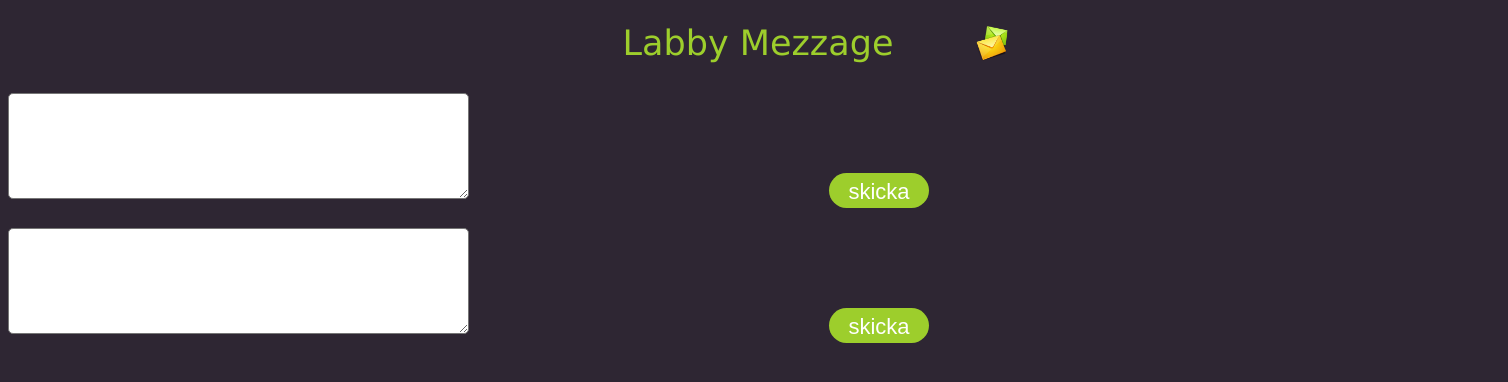
Repository: ad222kr/1dv403-laborationer
Page: 2-labbymezzage/index.html
The author's editor kept a record of every edit. The page is drawn from the files as they stood at one moment, then again after the next edit.
The browser window is 1280 px wide. The page is 1508 px wide, so the pictures cover 1508 px, including what lies to the right of the window. The pictures show the whole page.

Above is the page before.

### 2-labbymezzage/index.html
<!DOCTYPE HTML>
<html lang="sv">
    <head>
        <meta charset="UTF-8" />
        <title>Laboration 2 - Labby Mezzage!</title>
        <link rel="stylesheet" href="css/style.css" />

    </head>

    <body>
        <div id ="container">
            <header><h1>Labby Mezzage</h1></header>
            <div id="content">
                  <div id="board1" class="messages"></div>
                  <div id="board2" class="messages"></div>
            </div>
        </div>
        <script src="js/Message.js"></script>
        <script src="js/MessageBoard.js"></script>
        <script  src="js/run.js"></script>
    </body>
</html>

### 2-labbymezzage/css/style.css
body{
    background-color: #2E2633; /* Ändra sen */
    font-family: Verdana, Helvetica;

}

h1{

    color:#9dce2c;
    font-size: 35px;
    font-weight: normal;
}
p{
    color: black;
}

header{
    background-image: url("pics/logo.png");
    background-size: 35px 35px;
    background-repeat: no-repeat;
    background-position: 66%;
    text-align: center;
    height: 40px;
    line-height: 40px;
    margin-bottom:10px;
}

.textarea{
    width: 455px;
    height: 100px;
    -webkit-border-radius: 5px;
    -moz-border-radius: 5px;
    border-radius: 5px;
    margin-top:20px;
}

#container{
    width: 1500px;
    margin: 0px auto;
}



.button{
    border: 0px;
	background-color:#9dce2c;
	-webkit-border-top-left-radius:42px;
	-moz-border-radius-topleft:42px;
	border-top-left-radius:42px;
	-webkit-border-top-right-radius:42px;
	-moz-border-radius-topright:42px;
	border-top-right-radius:42px;
	-webkit-border-bottom-right-radius:42px;
	-moz-border-radius-bottomright:42px;
	border-bottom-right-radius:42px;
	-webkit-border-bottom-left-radius:42px;
	-moz-border-radius-bottomleft:42px;
	border-bottom-left-radius:42px;
	display:inline-block;
	color:#ffffff;
	font-size:22px;
	font-weight:normal;
	font-style:normal;
	height:35px;
	line-height:35px;
	width:100px;
	text-decoration:none;
	text-align:center;
	margin-left: 360px;
	margin-top: 5px;
}

.button:hover{
    background:-webkit-gradient( linear, left top, left bottom, color-stop(0.05, #8cb82b), color-stop(1, #9dce2c) );
	background:-moz-linear-gradient( center top, #8cb82b 5%, #9dce2c 100% );
	background-color:#8cb82b;
}

.button:active{
    position: relative;
    top: 1px;
}

.numberofmess{
    color: black;
    font-size: 11px;
    float: right;
    margin-bottom: -25px;
}

.board{
    background: #EFFFCD;
    border-color: #000000;
    padding: 10px;
    -webkit-border-radius: 5px;
    -moz-border-radius: 5px;
    border-radius: 5px;
	color:white;
	width:460px;
	margin:10px;
    float: left
    ;
}

.message{

    margin-bottom: 5px;
    font-size: 12px;
    border: solid 1px;
    background: #cdeb8b;
    padding: 4px;
}

.delete{
    height: 20px;
    width: 20px;
}
.time{
    height: 20px;
    width: 20px;
}

.buttons{
    float: right;
    margin-left: 200px;
    margin: 0 0 1em 1em;

}

.msgtext{
    width: 400px;
    text-align: justify;
    margin-top:-1px;
    word-wrap: break-word;
    display: block;

}

.timestamp{
    margin-left:405px;
    margin-bottom:-2px;
    font-size:10px;
}

### 2-labbymezzage/js/Message.js
"use strict";
function Message(message, date){


    this.getText = function(){
        return message;
    };
    this.setText = function(_text){
        message = _text;
    };
    this.getDate = function(){
        return date;
    };
    this.setDate = function(_date){
        date = _date;
    };
}

Message.prototype.getDateText = function(){
    // Hittade på http://stackoverflow.com/a/3067896
    var date = this.getDate();
    var hour = date.getHours().toString();
    var minute = date.getMinutes().toString();
    var seconds = date.getSeconds().toString();

    var dateText = hour + ":" + (minute.length == 2 ? minute : "0" + minute) +":" + (seconds.length == 2 ? seconds : "0" + seconds);

    return dateText;

};
Message.prototype.toString = function(){

    var monthNames = [ "Januari", "Februari", "Mars", "April", "Maj", "Juni",
    "Juli", "Augusti", "September", "Oktober", "November", "December" ];

    var date = this.getDate();
    console.log(date);
    var year = date.getFullYear().toString();
    var month = monthNames[date.getMonth()];
    var day = date.getDate().toString();
    var hour = date.getHours().toString();
    var minute = date.getMinutes().toString();
    var seconds = date.getSeconds().toString();

    var dateTest = "Inlägget skapades den " +day+" "+month+ " "+year+" klockan "+hour+":"+minute+":"+seconds;
    return dateTest;
};
Message.prototype.getHTMLtext = function(){
    var htmlText = this.getText();
    return htmlText.replace(/[\n\r]/g, "<br/>");
};

### 2-labbymezzage/js/MessageBoard.js
"use strict";
function MessageBoard(boardID){
    var that = this;
    var div = document.getElementById(boardID);
    this.messages = [];

    this.init = function(){
        // Init function that initiates the board, creating a button and a textfield
        var that = this;


        // Create a text-field
        var textarea = document.createElement("textarea");
        textarea.className = "textarea";
        div.appendChild(textarea);

        // Create a send-button
        var inputButton = document.createElement("input");
        inputButton.type = "button";
        inputButton.value = "skicka";
        inputButton.className = "button";
        div.appendChild(inputButton);



        // Add eventlisteners
        inputButton.addEventListener("click", that.createMessage, false);
        textarea.addEventListener("keypress", function(e) {
            if (!e) {e = window.event;}
            if (e.keyCode == 13 && !e.shiftKey){
                e.preventDefault();
                that.createMessage();
            }

        });
    };

    this.createMessage = function(){
        // Reference to the textarea
        var input = document.querySelector("#"+boardID+" textarea");

        var mess = new Message(input.value, new Date());

        // Adds message to array and renders it
        that.messages.push(mess); // when using .this with "click" this points to input.button, why?
        that.renderMessage(that.messages.length - 1);
        console.log(that.messages.length);
        input.value= "";


    };

    this.renderMessage = function(messageID){
        // Creating elements for message, text, time and delete/timestamp buttons
        var that = this;

        var messageDiv = document.createElement("div");
        var buttonDiv = document.createElement("div");
        var text = document.createElement("p");
        var time = document.createElement("p");
        var aClose = document.createElement("a");
        var aTime = document.createElement("a");
        var imgClose = document.createElement("img");
        var imgTime = document.createElement("img");

        // Setting classnames and attributes
        buttonDiv.className = "buttons";
        messageDiv.className = "message";
        text.className = "msgtext";
        time.className = "timestamp";
        imgClose.className = "delete";
        imgTime.className = "time";
        aClose.setAttribute("href", "#");
        aTime.setAttribute("href", "#");
        imgClose.setAttribute("src", "img/Remove-icon.png");
        imgTime.setAttribute("src", "img/clock.png");

        // Pushing elements to DOM
        div.insertBefore(messageDiv, div.firstChild);
        aClose.appendChild(imgClose);
        aTime.appendChild(imgTime);
        buttonDiv.appendChild(aClose);
        buttonDiv.appendChild(aTime);
        messageDiv.appendChild(buttonDiv);
        messageDiv.appendChild(text);
        messageDiv.appendChild(time);

        // Rendering the message and time
        text.innerHTML = this.messages[messageID].getHTMLtext();
        time.innerHTML = this.messages[messageID].getDateText();


    };


}

### 2-labbymezzage/js/run.js
"use strict";
window.onload = function(){
    var board1 = new MessageBoard("board1");
    var board2 = new MessageBoard("board2");
    var board3 = new MessageBoard("board3");

    board1.init();
    board2.init();

};

After the next edit:
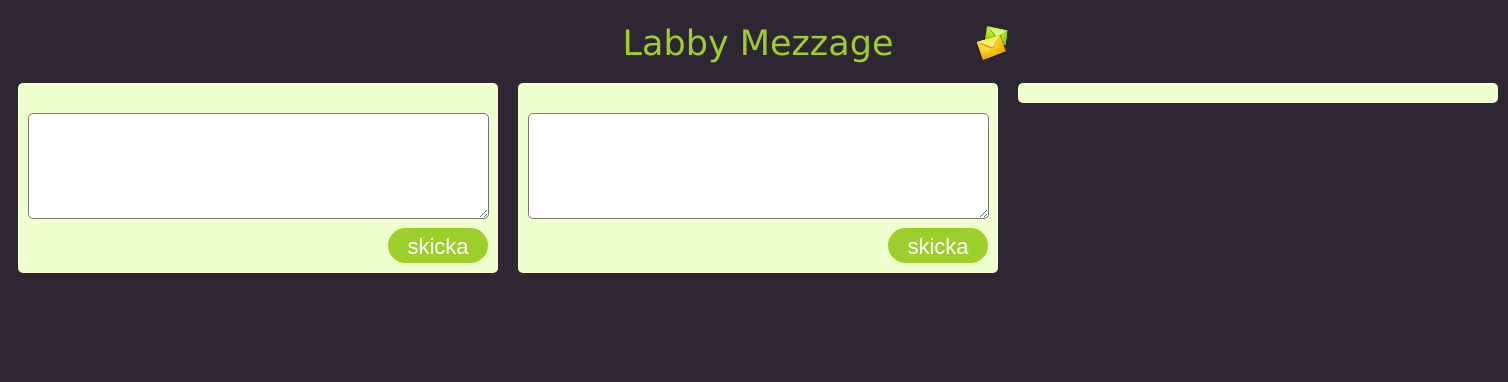
The edit:
--- a/2-labbymezzage/index.html
+++ b/2-labbymezzage/index.html
@@ -11,8 +11,10 @@
         <div id ="container">
             <header><h1>Labby Mezzage</h1></header>
             <div id="content">
-                  <div id="board1" class="messages"></div>
-                  <div id="board2" class="messages"></div>
+                  <div id="board1" class="board"></div>
+                  <div id="board2" class="board"></div>
+                  <div id="board3" class="board"></div>
+
             </div>
         </div>
         <script src="js/Message.js"></script>
